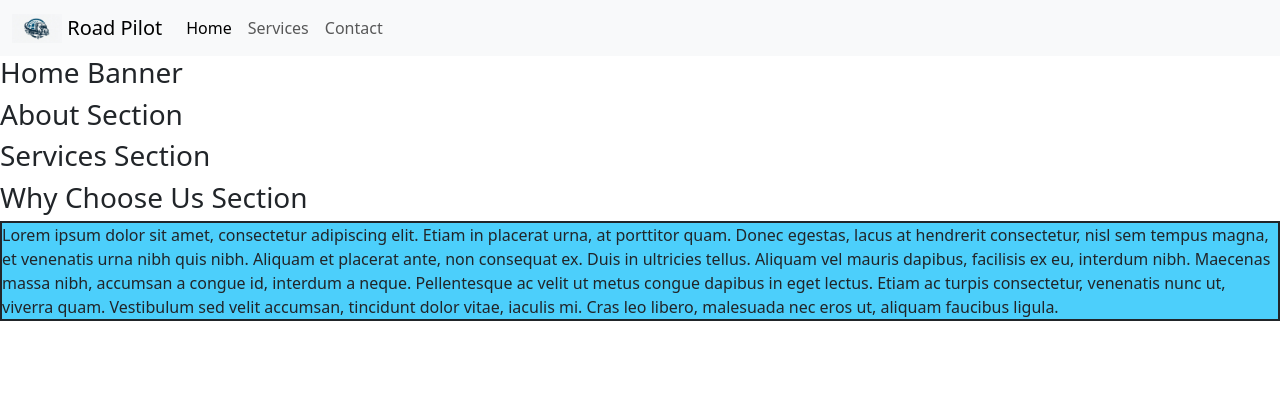
Repository: VictoriousMango/WebCreator
Page: index.html
An editor plug-in stored every save of this project. The page is shown before and after a run of saves, followed by the edit.
The browser window is 1280 px wide. The pictures show the whole page.

Above is the page before, as saved 2024-11-09 13:37:17.

### index.html
<!DOCTYPE html>
<html lang="en">

<head>
    <meta charset="UTF-8">
    <meta name="viewport" content="width=device-width, initial-scale=1.0">
    <title>Web Creator</title>
    <link href="https://cdn.jsdelivr.net/npm/bootstrap@5.3.3/dist/css/bootstrap.min.css" rel="stylesheet"
        integrity="sha384-QWTKZyjpPEjISv5WaRU9OFeRpok6YctnYmDr5pNlyT2bRjXh0JMhjY6hW+ALEwIH" crossorigin="anonymous">
    <link rel="stylesheet" href="./assets/css/index.css">
</head>

<body>
    <!-- Navbar -->
    <nav class="navbar navbar-expand-lg bg-body-tertiary">
        <div class="container-fluid">
            <a class="navbar-brand" href="#">
                <img src="./assets/images/Logo.png" alt="Logo" width="50px" class="d-inline-block align-text-top">
                Road Pilot
            </a>
            <button class="navbar-toggler" type="button" data-bs-toggle="collapse" data-bs-target="#navbarNav"
                aria-controls="navbarNav" aria-expanded="false" aria-label="Toggle navigation">
                <span class="navbar-toggler-icon"></span>
            </button>
            <div class="collapse navbar-collapse" id="navbarNav">
                <ul class="navbar-nav">
                    <li class="nav-item">
                        <a class="nav-link active" aria-current="page" href="#">Home</a>
                    </li>
                    <li class="nav-item">
                        <a class="nav-link" href="./pages/services.html">Services</a>
                    </li>
                    <li class="nav-item">
                        <a class="nav-link" href="./pages/contact.html">Contact</a>
                    </li>
                </ul>
            </div>
        </div>
    </nav>
    <!-- NavBar -->
    <main>
        <div class="home__banner">
            <h3>Home Banner</h3>
        </div>
        <div class="home__about">
            <h3>About Section</h3>
        </div>
        <div class="home__service">
            <h3>Services Section</h3>
        </div>
        <div class="home__whyChooseUs">
            <h3>Why Choose Us Section</h3>
        </div>
        <div class="home__experience">
            <h3></h3>
        </div>
        <div class="home__pricingPlan">
            <h3></h3>
        </div>
        <div class="home__projects">
            <h3></h3>
        </div>
        <div class="home__testimonials">
            <h3></h3>
        </div>
        <div class="home__faq">
            <h3></h3>
        </div>
        <div class="blog">
            <h3></h3>
        </div>
    </main>
    <footer>
        Lorem ipsum dolor sit amet, consectetur adipiscing elit. Etiam in placerat urna, at porttitor quam. Donec egestas, lacus at hendrerit consectetur, nisl sem tempus magna, et venenatis urna nibh quis nibh. Aliquam et placerat ante, non consequat ex. Duis in ultricies tellus. Aliquam vel mauris dapibus, facilisis ex eu, interdum nibh. Maecenas massa nibh, accumsan a congue id, interdum a neque. Pellentesque ac velit ut metus congue dapibus in eget lectus. Etiam ac turpis consectetur, venenatis nunc ut, viverra quam. Vestibulum sed velit accumsan, tincidunt dolor vitae, iaculis mi. Cras leo libero, malesuada nec eros ut, aliquam faucibus ligula.
    </footer>
    <!-- Scripts -->
    <script src="https://cdn.jsdelivr.net/npm/bootstrap@5.3.3/dist/js/bootstrap.bundle.min.js"
        integrity="sha384-YvpcrYf0tY3lHB60NNkmXc5s9fDVZLESaAA55NDzOxhy9GkcIdslK1eN7N6jIeHz"
        crossorigin="anonymous"></script>
    <script src="https://cdn.jsdelivr.net/npm/@popperjs/core@2.11.8/dist/umd/popper.min.js"
        integrity="sha384-I7E8VVD/ismYTF4hNIPjVp/Zjvgyol6VFvRkX/vR+Vc4jQkC+hVqc2pM8ODewa9r"
        crossorigin="anonymous"></script>
    <script src="https://cdn.jsdelivr.net/npm/bootstrap@5.3.3/dist/js/bootstrap.min.js"
        integrity="sha384-0pUGZvbkm6XF6gxjEnlmuGrJXVbNuzT9qBBavbLwCsOGabYfZo0T0to5eqruptLy"
        crossorigin="anonymous"></script>
</body>

</html>

### assets/css/index.css
footer {
    position: relative;
    bottom: 1px;
    border: 2px solid;
    background-color: rgba(0, 187, 249, 0.7);
}

After the next 2 saves:
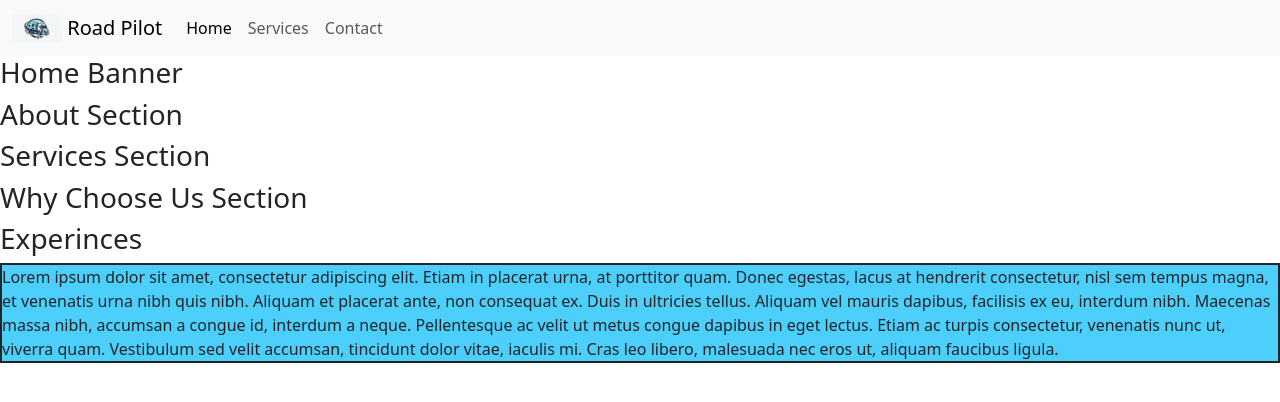
The 2 saves are shown as one change because they came seconds apart.
The last was saved 7 s later.
--- a/index.html
+++ b/index.html
@@ -52,7 +52,7 @@
             <h3>Why Choose Us Section</h3>
         </div>
         <div class="home__experience">
-            <h3></h3>
+            <h3>Experinces</h3>
         </div>
         <div class="home__pricingPlan">
             <h3></h3>
